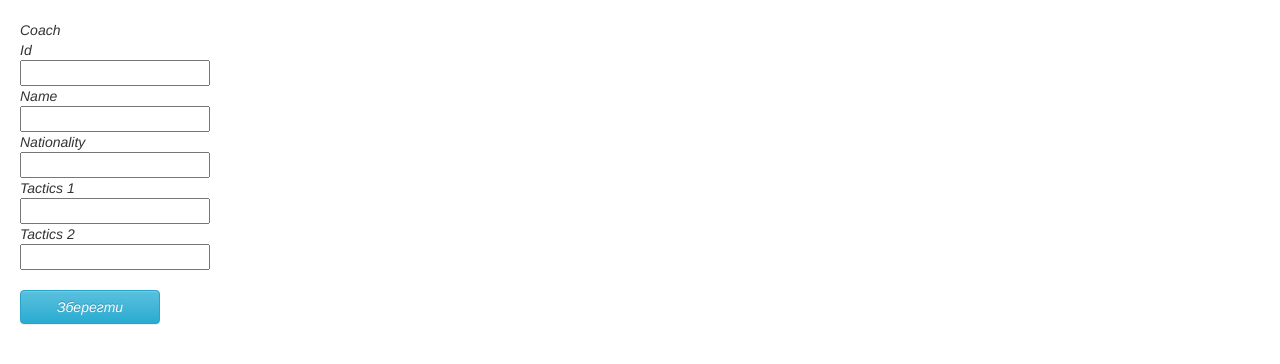
Repository: polik1996/StatisticManager
Page: StatisticsManager/WebContent/getId.html
These files come from the project's save history. The page is drawn as it stood at one moment and after the next save; the edit follows.
The browser window is 1280 px wide. The pictures show the whole page.

Above is the page before, as saved 2016-06-14 19:15:52.
Console error (its wording comes from the project's code and is left out).

### StatisticsManager/WebContent/getId.html
<!DOCTYPE html>
<html>
<head>
<meta charset="UTF-8">
<title>Insert title here</title>
  <link rel="stylesheet" href="https://maxcdn.bootstrapcdn.com/bootstrap/3.3.4/css/bootstrap.min.css">
   <link rel="stylesheet" href="https://maxcdn.bootstrapcdn.com/bootstrap/3.3.4/css/bootstrap-theme.min.css">
  <script src="https://maxcdn.bootstrapcdn.com/bootstrap/3.3.4/js/bootstrap.min.js"></script>
 <style>
   body {
   font-style: italic;
    margin: 20px; /* Убираем отступы */
   }
  </style>
</head>
<body>
<!DOCTYPE html>
<html>
<head>
<meta charset="UTF-8">
<title>Insert title here</title>
</head>
<body>
	<form action="OperateTable" target="forTable" method="POST">
		<table width = "80">
		<tr>
		<td>
			Coach
		</td>
		</tr>
		<tr>
		<td>
			Id <input type="text" name="id">
		</td>
		</tr>
		<tr>
		<td>
			Name <input type="text" name="name">
		</td>
		</tr>
		<tr>
		<td>
			Nationality  <input type="text" name="nationality">
		</td>
		</tr>
		<tr>
		<td>
			Tactics 1 <input type="text" name="tactics_1">
		</td>
		</tr>
		<tr>
		<td>
			Tactics 2  <input type="text" name="tactics_2">
		</td>
		</tr>

</table>
<br>
<input type="submit" button class="btn btn-info" style = width:140px value="Зберегти">
	</form>

</body>
</html>
</body>
</html>

After the next save:
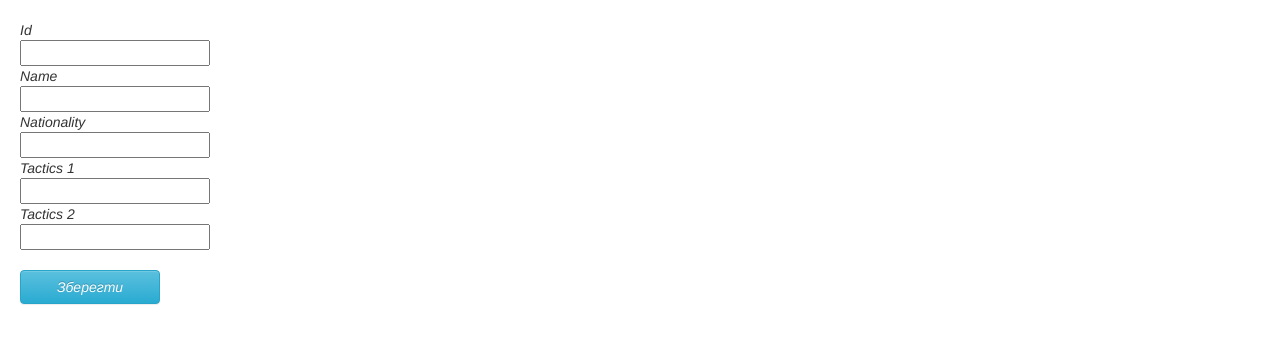
Saved 2 min 41 s later.
--- a/StatisticsManager/WebContent/getId.html
+++ b/StatisticsManager/WebContent/getId.html
@@ -23,11 +23,6 @@
 <body>
 	<form action="OperateTable" target="forTable" method="POST">
 		<table width = "80">
-		<tr>
-		<td>
-			Coach
-		</td>
-		</tr>
 		<tr>
 		<td>
 			Id <input type="text" name="id">
